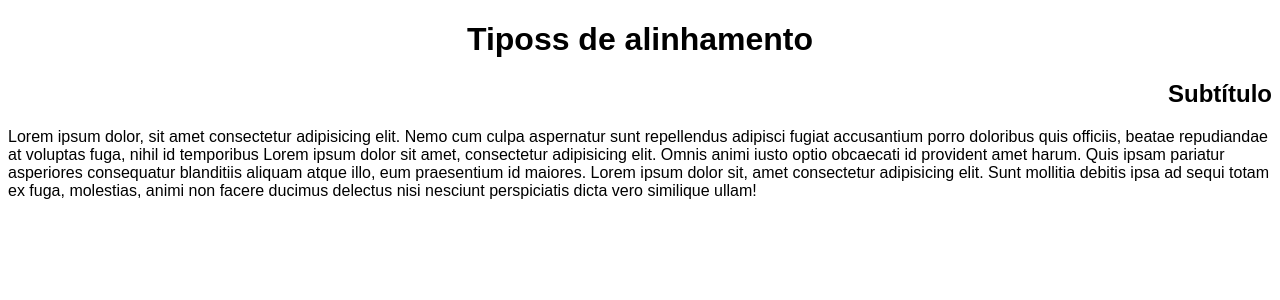
Repository: Codigo404q/html-css
Page: exercicios/ex017/fonte02.html
The author's editor kept a copy of each file at every save. The page is drawn from the files as they stood at one save, then again after a run of saves.
The browser window is 1280 px wide. The pictures show the whole page.

Above is the page before, as saved 2023-11-04 21:22:22.

After the next 4 saves:
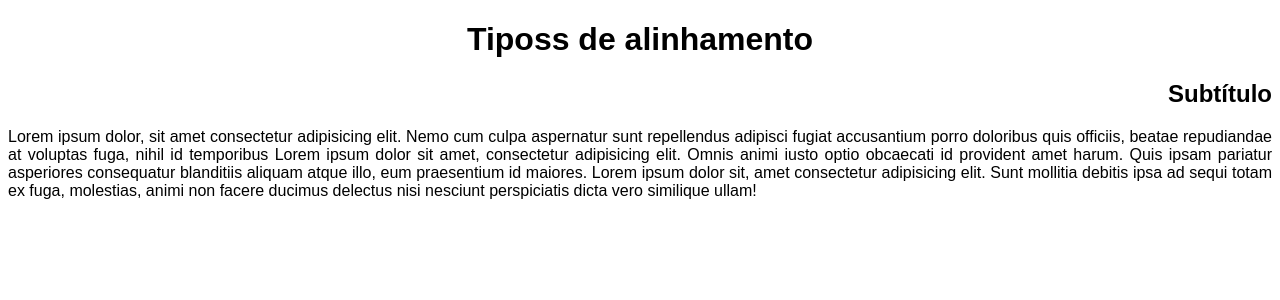
The 4 saves are shown as one change because they came seconds apart.
The last was saved 15 s later.
--- a/exercicios/ex017/fonte02.html
+++ b/exercicios/ex017/fonte02.html
@@ -18,9 +18,9 @@
             text-align: right;
         }
 
-        p [
+        p {
             text-align: justify;
-        ]
+
     </style>
 </head>
 <body>
